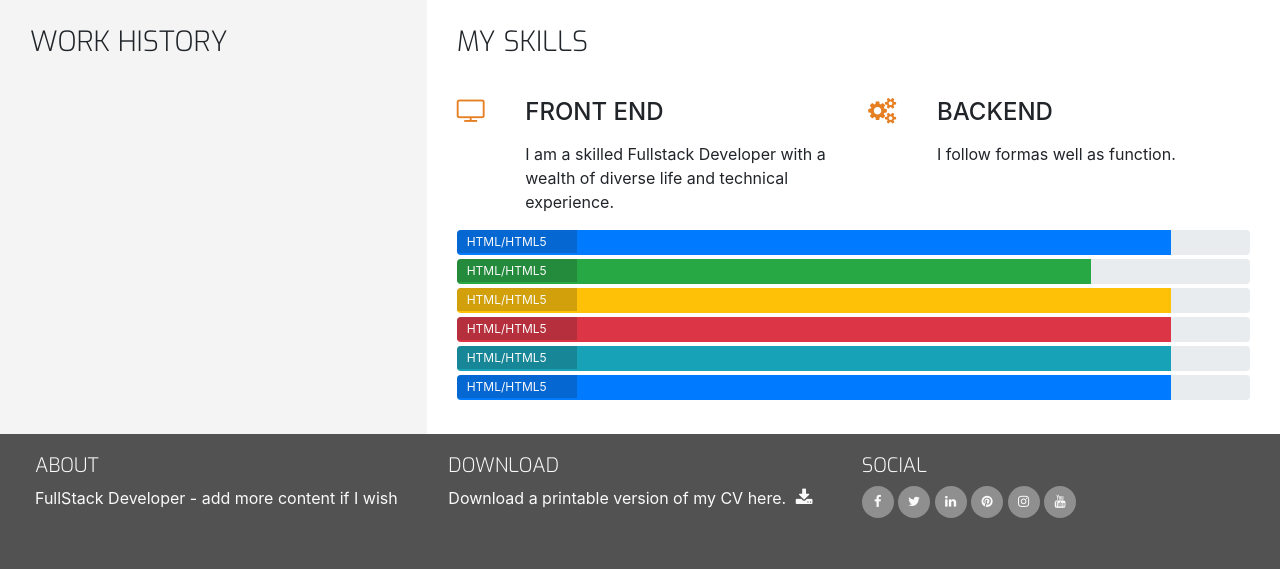
Repository: JustWhiteGit/Rosies-Resume
Page: resume.html
The author's editor kept a record of every edit. The page is drawn from the files as they stood at one moment, then again after the next edit.
The browser window is 1280 px wide. The pictures show the part of the page from y = 369 to 938 px (the page is 938 px tall).

Above is the page before.

### resume.html
<!DOCTYPE html>
<html lang="en">

<head>
    <meta charset="UTF-8">
    <meta name="viewport" content="width=device-width, initial-scale=1.0">
    <meta http-equiv="X-UA-Compatible" content="ie=edge">
    <link rel="stylesheet" href="https://stackpath.bootstrapcdn.com/bootstrap/4.3.1/css/bootstrap.min.css" type="text/css" />
    <link rel="stylesheet" href="https://stackpath.bootstrapcdn.com/font-awesome/4.7.0/css/font-awesome.min.css" type="text/css" />
    <link rel="stylesheet" href="https://cdnjs.cloudflare.com/ajax/libs/hover.css/2.3.1/css/hover-min.css" type="text/css" />
    <link rel="stylesheet" href="assets/css/styles.css" type="text/css" />
    <title>Rosie</title>
</head>

<body>
    <header>
        <div class="row no-gutters">
            <a href="index.html" class="col-md-4 logo">

            </a>
            <div class="col-md-8">
                <div class="row no-gutters bg-color-name-title">
                    <div class="col heading">
                        <h1 class="name">Rosie Odenkirk</h1>
                        <h2 class="title">Full Stack Developer</h2>
                    </div>
                </div>
                <div class="row no-gutters">
                    <div class="col">
                        <ul id="nav" class="list-inline menucontainer">
                            <li class="col-6 col-sm-3 ui-menu-color-home list-inline-item menuitem">
                                <a href="#" class="hvr-sweep-to-bottom"><i class="fa fa-home" aria-hidden="true"></i><span>Home</span></a>
                            </li>
                            <li class="col-6 col-sm-3 ui-menu-color-resume list-inline-item menuitem">
                                <a href="#" class="hvr-sweep-to-bottom"><i class="fa fa-graduation-cap" aria-hidden="true"></i><span>Resume</span></a>
                            </li>
                            <li class="col-6 col-sm-3 ui-menu-color-contact list-inline-item menuitem">
                                <a href="#" class="hvr-sweep-to-bottom"><i class="fa fa-comment-o" aria-hidden="true"></i><span>Contact</span></a>
                            </li>
                            <li class="col-6 col-sm-3 ui-menu-color-download list-inline-item menuitem">
                                <a href="#" class="hvr-sweep-to-bottom"><i class="fa fa-download" aria-hidden="true"></i><span>Download</span></a>
                            </li>
                        </ul>
                    </div>
                </div>
            </div>
        </div>

    </header>

    <section class="container-fluid">
        <div class="row">
            <div class="col-md-4 bg-color-personal-info section-column">
                <div class="row">
                    <div class="col-12">
                        <h3 class="section-heading uppercase">
                            Work History
                        </h3>
                    </div>
                </div>
            </div>
            <div class="col-md-8 bg-color-three-reasons section-column">
                <div class="row">
                    <div class="col">
                        <h3 class="section-heading uppercase">My Skills </h3>
                    </div>
                </div>
                <div class="row">
                    <div class="col-10 offset-1 offset-sm-0 col-sm-4 col-md-6">
                        <div class="row">
                            <div class="col-2">
                                <i class="three-reasons-icon fa fa-tv" aria-hidden="true"></i>
                            </div>
                            <div class="col-10">
                                <h4 class="three-reasons-heading uppercase">Front End</h4>
                                <p>I am a skilled Fullstack Developer with a wealth of diverse life and technical experience.</p>
                            </div>
                        </div>
                    </div>
                    <div class="col-10 offset-1 offset-sm-0 col-sm-4 col-md-6">
                        <div class="row">
                            <div class="col-2">
                                <i class="three-reasons-icon fa fa-gears" aria-hidden="true"></i>
                            </div>
                            <div class="col-10">
                                <h4 class="three-reasons-heading uppercase">Backend</h4>
                                <p>I follow formas well as function.</p>
                            </div>
                        </div>
                    </div>

                </div>
                <div class="row">
                    <div class="col">
                        <div class="progress">
                            <div class="progress-bar" role="progressbar" aria-valuenow="90" aria-valuemin="0" aria-valuemax="100" style="width:90%">
                                <span class="sr-only">90% complete</span>
                            </div>
                            <span class="progress-type">HTML/HTML5</span>
                        </div>
                        <div class="progress">
                            <div class="progress-bar bg-success" role="progressbar" aria-valuenow="80" aria-valuemin="0" aria-valuemax="100" style="width:80%">
                                <span class="sr-only">80% complete</span>
                            </div>
                            <span class="progress-type">HTML/HTML5</span>
                        </div>
                        <div class="progress">
                            <div class="progress-bar bg-warning" role="progressbar" aria-valuenow="90" aria-valuemin="0" aria-valuemax="100" style="width:90%">
                                <span class="sr-only"></span>
                            </div>
                            <span class="progress-type">HTML/HTML5</span>
                        </div>
                        <div class="progress">
                            <div class="progress-bar bg-danger" role="progressbar" aria-valuenow="90" aria-valuemin="0" aria-valuemax="100" style="width:90%">
                                <span class="sr-only"></span>
                            </div>
                            <span class="progress-type">HTML/HTML5</span>
                        </div>
                        <div class="progress">
                            <div class="progress-bar bg-info" role="progressbar" aria-valuenow="90" aria-valuemin="0" aria-valuemax="100" style="width:90%">
                                <span class="sr-only"></span>
                            </div>
                            <span class="progress-type">HTML/HTML5</span>
                        </div>
                        <div class="progress">
                            <div class="progress-bar" role="progressbar" aria-valuenow="90" aria-valuemin="0" aria-valuemax="100" style="width:90%">
                                <span class="sr-only"></span>
                            </div>
                            <span class="progress-type">HTML/HTML5</span>
                        </div>
                    </div>
                </div>
            </div>
        </div>
    </section>

    <footer class="container-fluid">
        <div id="footer-details" class="row">
            <div class="col-sm-4">
                <h5 class="uppercase general-sub">About</h5>
                <p class="inline-block">
                    FullStack Developer - add more content if I wish
                </p>
            </div>
            <div class="col-sm-4">
                <h5 class="uppercase general-sub">Download</h5>
                <p class="inline-block">
                    Download a printable version of my CV here.
                    <a href="#" target="_blank" class="cv-pdf">
                        <i class="fa fa-download" aria-hidden="true"></i>
                        <span class="sr-only">Download link.</span>
                    </a>
                </p>
            </div>
            <div class="col-sm-4">
                <h5 class="uppercase general-sub">Social</h5>
                <ul class="list-inline social-links">
                    <li class="list-inline-item">
                        <a target="_blank" href="#">
                            <i class="fa fa-facebook" aria-hidden="true"></i>
                            <span class="sr-only">Facebook</span>
                        </a>
                    </li>
                    <li class="list-inline-item">
                        <a target="_blank" href="#">
                            <i class="fa fa-twitter" aria-hidden="true"></i>
                            <span class="sr-only">Twitter</span>
                        </a>
                    </li>
                    <li class="list-inline-item">
                        <a target="_blank" href="#">
                            <i class="fa fa-linkedin" aria-hidden="true"></i>
                            <span class="sr-only">LinkedIn</span>
                        </a>
                    </li>
                    <li class="list-inline-item">
                        <a target="_blank" href="#">
                            <i class="fa fa-pinterest" aria-hidden="true"></i>
                            <span class="sr-only">Pinterest</span>
                        </a>
                    </li>
                    <li class="list-inline-item">
                        <a target="_blank" href="#">
                            <i class="fa fa-instagram" aria-hidden="true"></i>
                            <span class="sr-only">Instagram</span>
                        </a>
                    </li>
                    <li class="list-inline-item">
                        <a target="_blank" href="#">
                            <i class="fa fa-youtube" aria-hidden="true"></i>
                            <span class="sr-only">YouTube</span>
                        </a>
                    </li>
                </ul>

            </div>
        </div>


    </footer>
</body>

</html>

### assets/css/styles.css
@import url('https://fonts.googleapis.com/css?family=Roboto:100,200,300,400,500,600,700|Exo:100,200,300,400,500,600,700');

/*---------------------------------colors*/

.bg-color-name-title {
    background-color: #676767;
}

.bg-color-personal-info {
    background-color: #f4f4f4;
}

.bg-color-three-reasons {
    background-color: #fff;
}

.ui-menu-color-home {
    background-color: #e67e22;
}

.ui-menu-color-resume {
    background-color: #9b59b6;
}

.ui-menu-color-contact {
    background-color: #3498db;
}

.ui-menu-color-download {
    background-color: #525252;
}

/* --------------------------------special paddings/margins/text */

h1,
h2,
h3,
h4 {
    margin: 0;
}

.uppercase {
    text-transform: uppercase;
}

.general-sub {
    font-family: "Exo", sans-serif;
    font-weight: 300;
    color: #fafafa;
}

.row-table {
    display: table;
}


.section-column {
    display: table-cell;
    padding: 0 30px 30px;
    float: none;
}


.section-heading {

    font-family: "Exo", sans-serif;
    font-weight: 300;
    margin-top: 25px;
    margin-bottom: 40px;
}



/* --------------------------------heading */

header {
    margin: 0;
}

.heading {
    margin-left: 50px;
}

.logo {
    background: url("../images/rosie-resume.jpg");
    background-position: center;
    background-repeat: no-repeat;
    background-size: cover;
    min-height: 360px;
    transition: all .5s ease-in-out;
    -moz-transition: all .5s ease-in-out;
    -webkit-transition: all .5s ease-in-out;
}


.name {
    font-family: "Exo", sans-serif;
    font-weight: 100;
    font-size: 46px;
    margin-top: 50px;
    color: #fff;
}

.title {
    font-family: "Roboto", sans-serif;
    font-weight: 200;
    font-size: 28px;
    margin-top: 20px;
    margin-bottom: 90px;
    color: #fff;
}


.list-inline-item:not(:last-child) {
    margin: 0;
}

.menucontainer {
    font-size: 0;
}

#nav {
    margin: 0;
}

#nav li {
    font-size: 14px;
    padding: 0;
}

.menuitem {
    height: 120px;
    text-align: center;
    padding: 0;
}

.menuitem a {
    width: 100%;
    text-decoration: none;
    color: #fff;
    height: 120px;
}

.menuitem a i {
    padding-top: 22px;
    display: block;
    color: #fafafa;
    font-size: 26px;
}

.menuitem span {
    display: block;
    width: 100%;
    padding-top: 5px;
    text-align: center;
    text-transform: uppercase;
    font-size: 14px;
    font-weight: 300;
    letter-spacing: 2px;
}

/* --------------------------------hover.css */

.hvr-sweep-to-bottom:before {
    background-color: rgba(0, 0, 0, 0.2);
    height: 120px;
}


/* --------------------------------footer */

footer {
    background-color: #525252;
    color: #fafafa;
    min-height: 120px;
    margin: 0;
}

.cv-pdf i {
    font-size: 18px;
    color: #fafafa;
    text-align: center;
    padding-left: 5px;
    transition: all 0.35s ease-in-out;
    -moz-transition: all 0.35s ease-in-out;
    -webkit-transition: all 0.35s ease-in-out;
    -o-transition: all 0.35s ease-in-out;
}

.cv-pdf i:hover {
    color: #e84610;
}

.social-links {
    padding-bottom: 15px;
}

.social-links li a i {
    width: 32px;
    height: 32px;
    padding: 12px 0;
    border-radius: 50%;
    font-size: 13px;
    line-height: 7px;
    text-align: center;
    color: #fafafa;
    background: #8f8f8f;
    transition: all 0.35s ease-in-out;
    -moz-transition: all 0.35s ease-in-out;
    -webkit-transition: all 0.35s ease-in-out;
    -o-transition: all 0.35s ease-in-out;
}

.social-links li a i:hover {
    background: #e84610;

}

#footer-details {
    padding: 20px;
}


/* --------------------------------three reasons */

.three-reasons-icon {
    font-size: 26px;
    color: #e67e22;
}

.three-reasons-heading {
    margin-bottom: 15px;
}


/* --------------------------------personal info */

.personal-info-item {
    margin-bottom: 20px;
    display: block;
    clear: both;
}

.personal-info-item .key,
.personal-info-item .value {
    padding-right: 8px;
    display: inline-block;
}

.personal-info-item .key p,
.personal-info-item .value p {
    margin: 0;
}

.personal-info-item .key {
    width: 30%;
    margin-right: 21px;
    padding-top: 2px;
    vertical-align: top;
}

.personal-info-item .key p {
    font-weight: 700;
}


.personal-info-item .value {
    position: relative;
    width: 60%;
}


/* --------------------------------skills */

.progress {
    position: relative;
    height: 25px;
    margin-bottom: 4px;
}

.progress-type {
    position: absolute;
    left: 0px;
    font-weight: 400;
    padding: 3px 30px 2px 10px;
    color: #fafafa;
    background-color: rgba(25, 25, 25, 0.2);
}


.progress-section {
    margin: 40px 20px;
}

After the next edit:
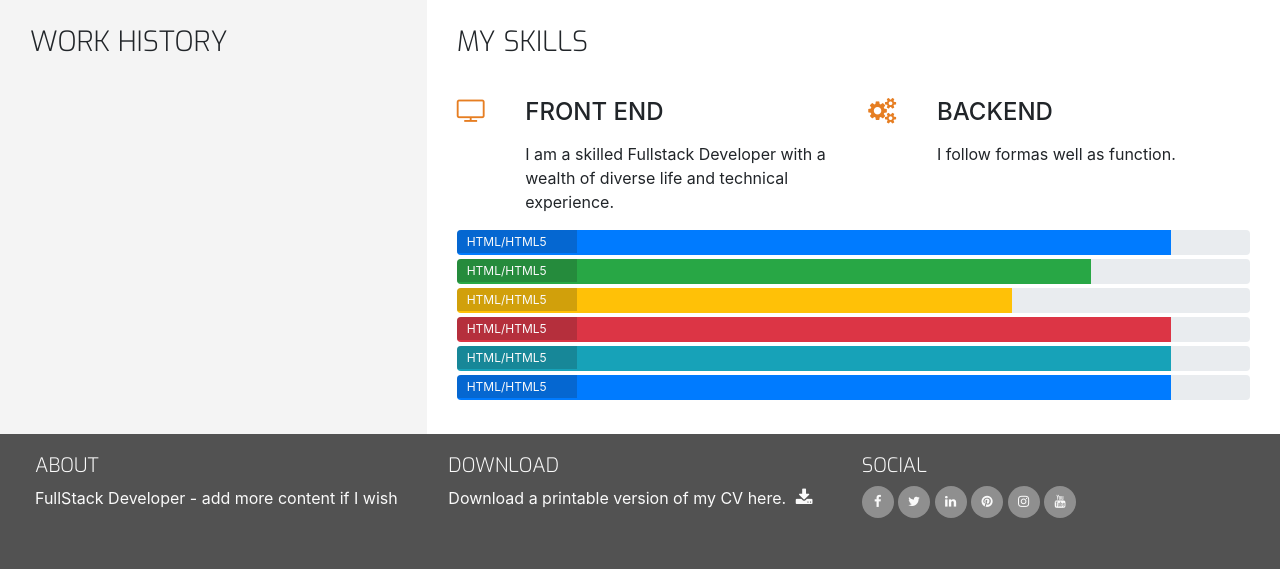
The edit:
--- a/resume.html
+++ b/resume.html
@@ -105,8 +105,8 @@
                             <span class="progress-type">HTML/HTML5</span>
                         </div>
                         <div class="progress">
-                            <div class="progress-bar bg-warning" role="progressbar" aria-valuenow="90" aria-valuemin="0" aria-valuemax="100" style="width:90%">
-                                <span class="sr-only"></span>
+                            <div class="progress-bar bg-warning" role="progressbar" aria-valuenow="70" aria-valuemin="0" aria-valuemax="100" style="width:70%">
+                                <span class="sr-only">70% complete</span>
                             </div>
                             <span class="progress-type">HTML/HTML5</span>
                         </div>
